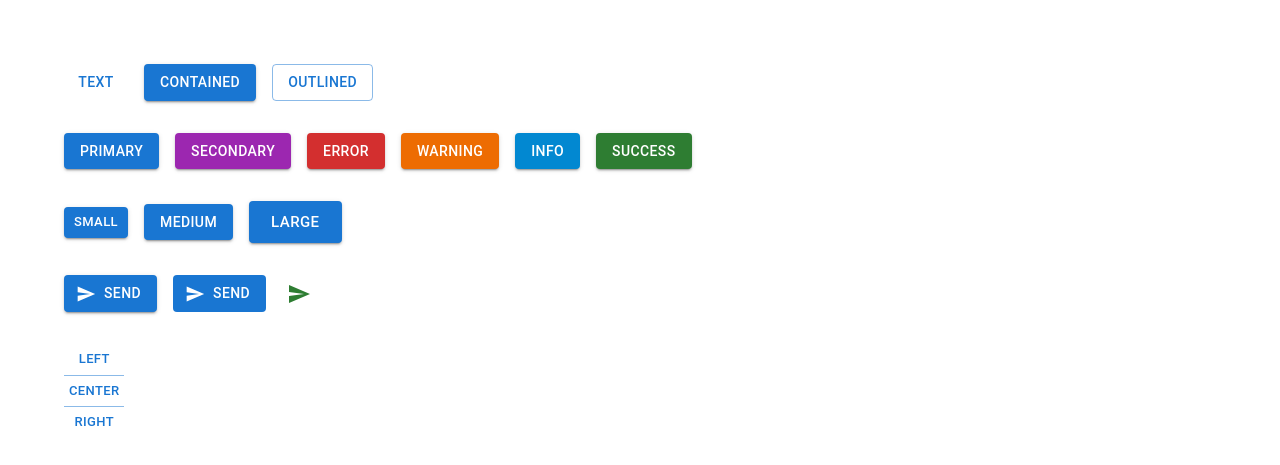
Repository: janidulnkg1/react-mui
Page: / (app in mui-demo/)
An editor plug-in stored every save of this project. The page is shown before and after a run of saves, followed by the edit.
The browser window is 1280 px wide. The pictures show the whole page.
The project was rebuilt for these pictures with package versions that can differ from the ones it lists, and the page was loaded fresh each time.

Above is the page before, as saved 2023-11-08 14:41:40.

### mui-demo/src/App.tsx
import './App.css';
//import { MuiTypography } from './components/MuiTypography';
import { MuiButton } from './components/MuiButton';

function App() {
  return (
    <div className="App">

      {/*MuiTypography */}
      <MuiButton />
    </div>
  );
}

export default App;

### mui-demo/src/components/MuiButton.tsx
import {Button, Stack, IconButton, ButtonGroup} from "@mui/material"
import SendIcon from '@mui/icons-material/Send';


export const MuiButton = () => {
  return (
    <Stack spacing={4}>
        <Stack spacing={2} direction='row'>
            <Button variant='text' href='https://google.com'>Text</Button>
            <Button variant='contained'>Contained</Button>
            <Button variant='outlined'>Outlined</Button>
        </Stack>

        <Stack spacing={2} direction='row'>
            <Button variant='contained' color='primary'>Primary</Button>
            <Button variant='contained' color='secondary'>Secondary</Button>
            <Button variant='contained' color='error'>Error</Button>
            <Button variant='contained' color='warning'>Warning</Button>
            <Button variant='contained' color='info'>Info</Button>
            <Button variant='contained' color='success'>Success</Button>
        </Stack>

        <Stack display='block' spacing={2} direction='row'>
            <Button variant='contained' size='small'>Small</Button>
            <Button variant='contained' size='medium'>Medium</Button>
            <Button variant='contained' size='large'>Large</Button>
        </Stack>

        <Stack spacing={2} direction='row'>
            <Button variant='contained' startIcon={<SendIcon />} disableRipple onClick={() => alert('Clicked')}>Send</Button>
            <Button variant='contained' startIcon={<SendIcon />} disableElevation>Send</Button>

            <IconButton aria-label='send' color='success' size='small'>
                <SendIcon />
            </IconButton>
        </Stack>

        <Stack direction='row'>
            <ButtonGroup variant='text' orientation='vertical' size='small' >
                <Button>Left</Button>
                <Button>Center</Button>
                <Button>Right</Button>
            </ButtonGroup>
        </Stack>

    </Stack>
  )
}

Loaded but not shown: mui-demo/public/index.html (common file); mui-demo/src/index.tsx (common file); mui-demo/src/index.css (common file); mui-demo/src/reportWebVitals.ts (common file); mui-demo/src/App.css (common file)

After the next 3 saves:
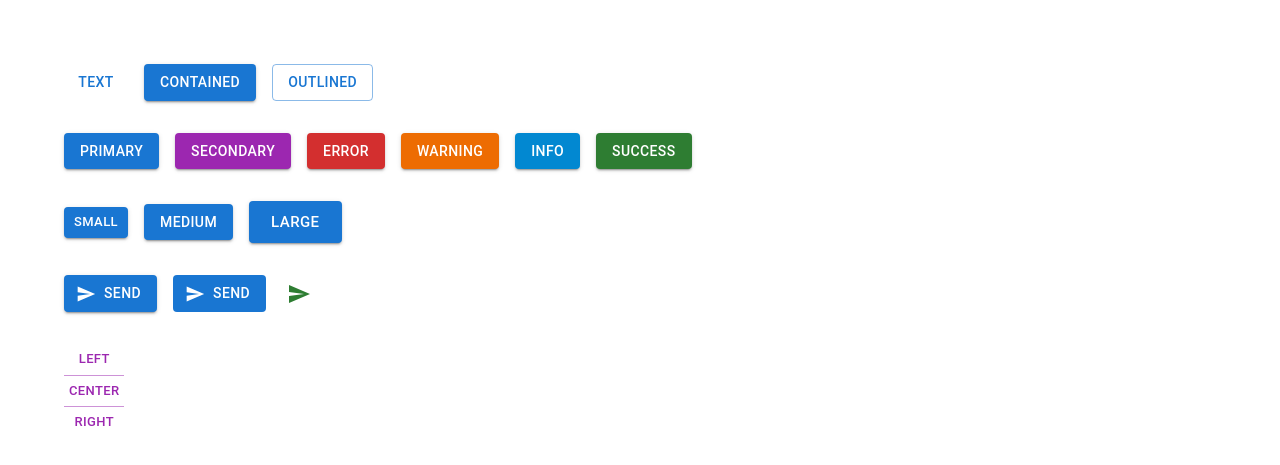
The 3 saves are shown as one change because 1 did not build or start and some came seconds apart.
The last was saved 9 s later.
--- a/mui-demo/src/components/MuiButton.tsx
+++ b/mui-demo/src/components/MuiButton.tsx
@@ -36,7 +36,7 @@ export const MuiButton = () => {
         </Stack>
 
         <Stack direction='row'>
-            <ButtonGroup variant='text' orientation='vertical' size='small' >
+            <ButtonGroup variant='text' orientation='vertical' size='small' color='secondary'>
                 <Button>Left</Button>
                 <Button>Center</Button>
                 <Button>Right</Button>
